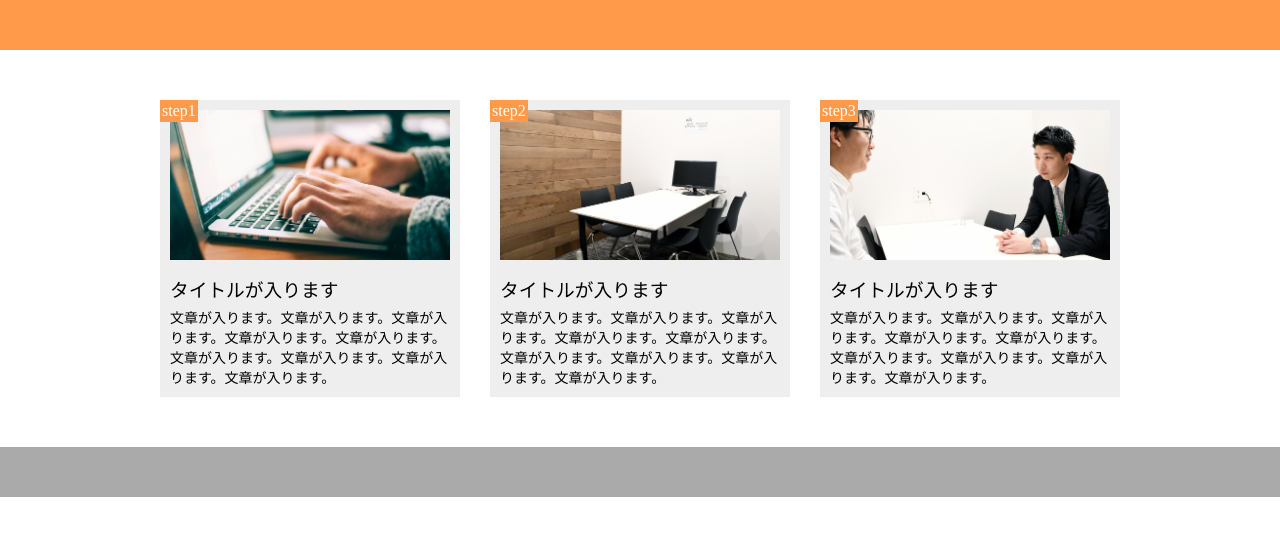
Repository: menyuu/test-html-CSS-practice
Page: exercise/chapter9_exercise.html
The author's editor kept a record of every edit. The page is drawn from the files as they stood at one moment, then again after the next edit.
The browser window is 1280 px wide. The pictures show the whole page.

Above is the page before.

### exercise/chapter9_exercise.html
<!DOCTYPE html>
<html lang="ja">
<head>
  <meta charset="UTF-8">
  <link rel="stylesheet" href="style9.css" type="text/css" />
  <title>chapter9_exercise</title>
</head>
<body>
  <header></header>

  <main>

    <div class="items">

      <div class="item">
        <p class="item-logo">step1</p>
        <div class="item-image flow01"></div>
        <h3 class="item-title">タイトルが入ります</h3>
        <p class="item-text">文章が入ります。文章が入ります。文章が入ります。文章が入ります。文章が入ります。文章が入ります。文章が入ります。文章が入ります。文章が入ります。</p>
      </div>

      <div class="item">
        <p class="item-logo">step2</p>
        <div class="item-image flow02"></div>
        <h3 class="item-title">タイトルが入ります</h3>
        <p class="item-text">文章が入ります。文章が入ります。文章が入ります。文章が入ります。文章が入ります。文章が入ります。文章が入ります。文章が入ります。文章が入ります。</p>
      </div>

      <div class="item">
        <p class="item-logo">step3</p>
        <div class="item-image flow03"></div>
        <h3 class="item-title">タイトルが入ります</h3>
        <p class="item-text">文章が入ります。文章が入ります。文章が入ります。文章が入ります。文章が入ります。文章が入ります。文章が入ります。文章が入ります。文章が入ります。</p>
      </div>

    </div>
  </main>

  <footer></footer>
</body>
</html>

### exercise/style9.css
* {
  margin: 0;
  padding: 0;
  box-sizing: border-box;
}

header {
  width: 100%;
  height: 50px;
  background-color: #ff9a4b;
}

.items {
  width: 960px;
  margin: 0 auto;
  display: flex;
  padding: 50px 0;
}

.items .item:nth-child(2) {
  margin: 0 30px;
}

.item {
  width: 300px;
  background-color: #eee;
  padding: 10px;
  position: relative;
}
.item-logo {
  position: absolute;
  top: 0;
  left: 0;
  background-color: #ff9a4b;
  color: white;
  padding: 2px;
}

.item-title {
  margin: 15px 0 5px;
  font-weight: 400;
}

.item-text {
  font-size: 14px;
}

.item-image {
  width: 100%;
  height: 150px;
  background-size: cover;
  background-position: bottom;
}

.flow01 {
  background-image: url(img9/flow01.png);
}

.flow02 {
  background-image: url(img9/flow02.png);
}

.flow03 {
  background-image: url(img9/flow03.png);
}

footer {
  width: 100%;
  height: 50px;
  background-color: #aaa;
}

After the next edit:
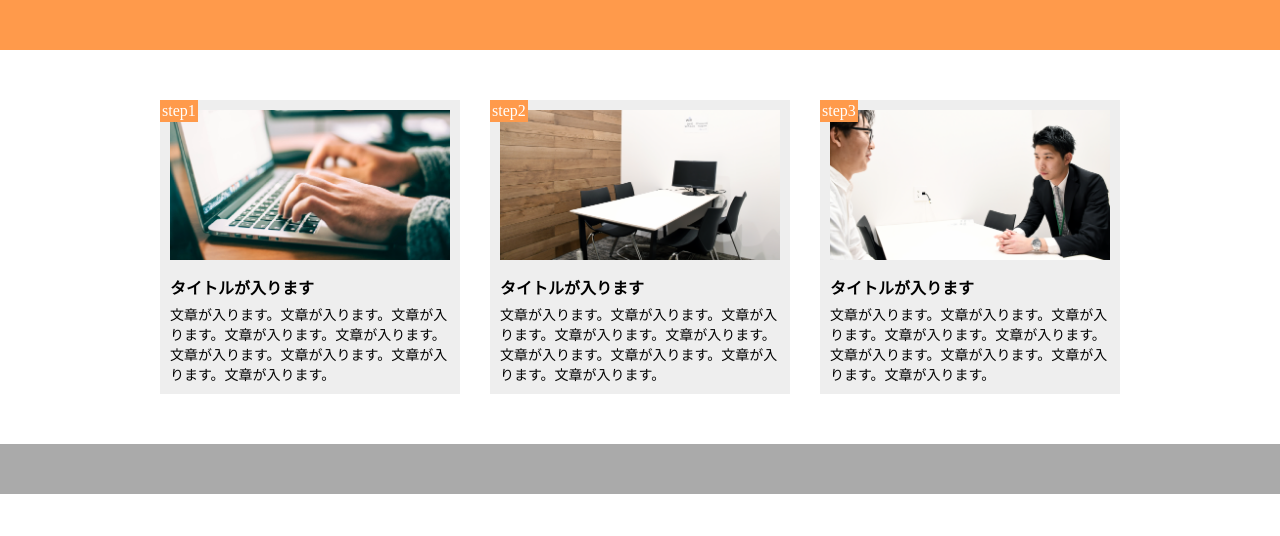
The edit:
--- a/exercise/style9.css
+++ b/exercise/style9.css
@@ -38,7 +38,7 @@
 
 .item-title {
   margin: 15px 0 5px;
-  font-weight: 400;
+  font-size: 16px;
 }
 
 .item-text {
